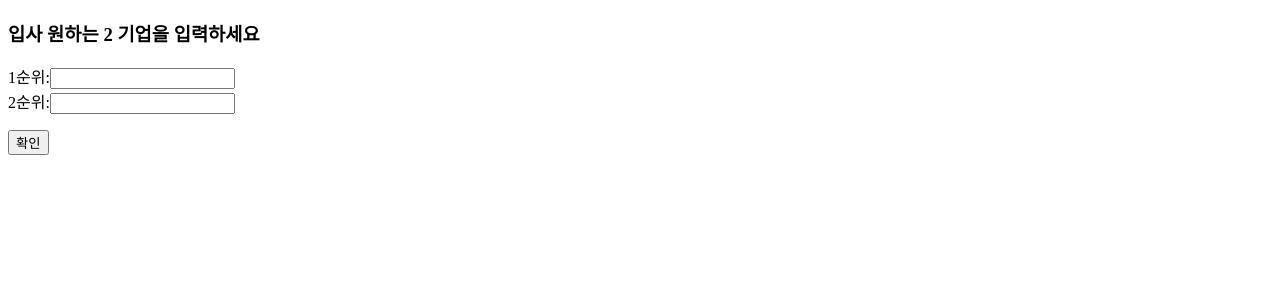
Repository: Hongjeongmin/university
Page: webprograming/test/test/WebContent/b.html
An editor plug-in stored every save of this project. The page is shown before and after the next save, followed by the edit.
The browser window is 1280 px wide. The pictures show the whole page.

Above is the page before, as saved 2018-09-13 05:38:51.

After the next save:
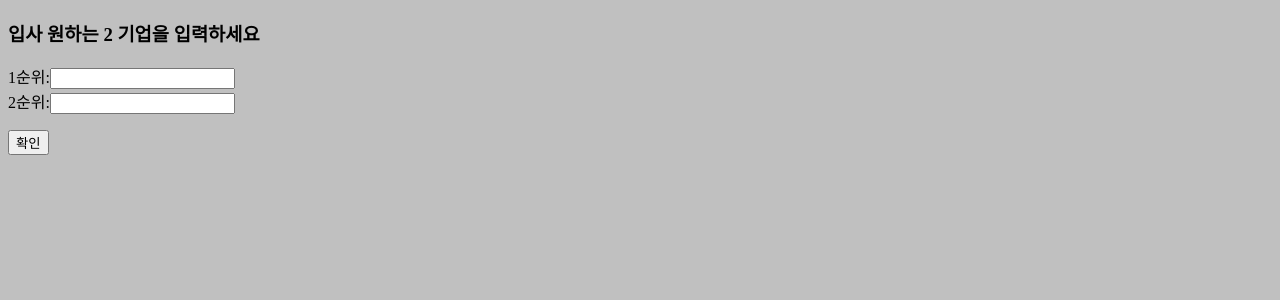
Saved 8 min 20 s later.
--- a/webprograming/test/test/WebContent/b.html
+++ b/webprograming/test/test/WebContent/b.html
@@ -4,7 +4,7 @@
 <meta charset="UTF-8">
 <title>대기업</title>
 </head>
-<body>
+<body style="background-color:silver">
 	<h3>입사 원하는 2 기업을 입력하세요</h3><p>
 
 	1순위:<input type="text" name="one"/><br>
